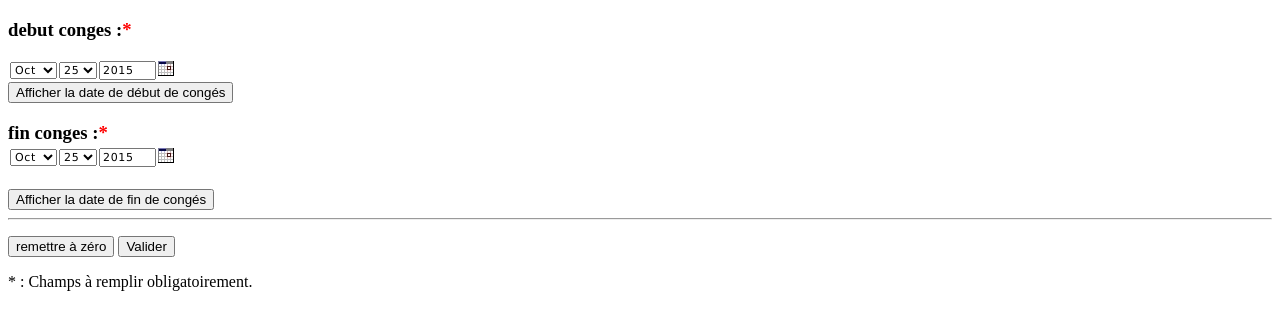
Repository: Iankills/TB-IR331
Page: http://localhost/gestConges_WebGUI/nouveau_conges.jsp
An editor plug-in stored every save of this project. The page is shown before and after the next save, followed by the edit.
The browser window is 1280 px wide. The pictures show the whole page.
The page is served by Tomcat 9.

Above is the page before, as saved 2015-10-29 10:00:04.

After the next save:
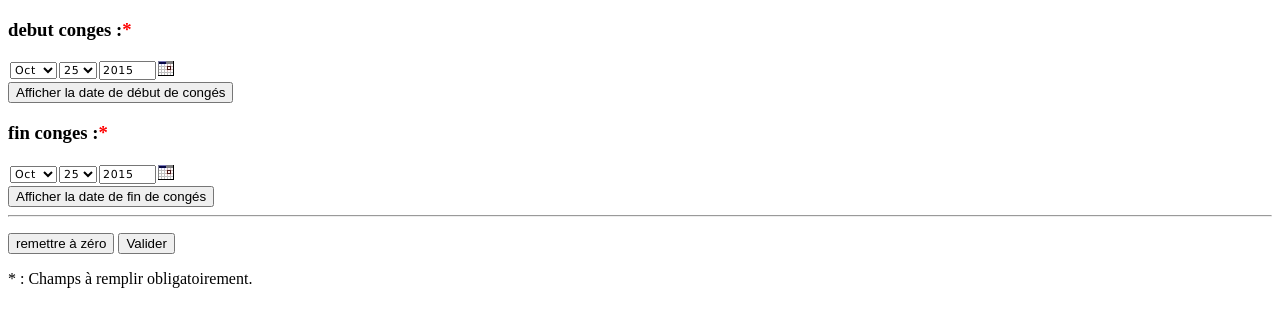
Saved 24 s later.
--- a/workspace-gestconges/gestConges_WebGUI/WebContent/nouveau_conges.jsp
+++ b/workspace-gestconges/gestConges_WebGUI/WebContent/nouveau_conges.jsp
@@ -26,9 +26,8 @@
 				<script>DateInput('debutconges', true, 'DD/MM/YYYY')</script>
 				<input type="button" onClick="alert(this.form.debutconges.value)" value="Afficher la date de début de congés">
 
-
-			    <!-- <td><input type="text" name='finconges' placeholder="format jj/mm/aaaa" /></td> -->
-			   <h3>fin conges :<font color="red">*</font> <script>DateInput('finconges', true, 'DD/MM/YYYY')</script></h3>
+				<h3>fin conges :<font color="red">*</font></h3>
+			    <script>DateInput('finconges', true, 'DD/MM/YYYY')</script>
 				<input type="button" onClick="alert(this.form.finconges.value)" value="Afficher la date de fin de congés">
 		<hr>
 		<p><input type="reset" value="remettre à zéro" /> <input type="submit" value="Valider" /></p>
